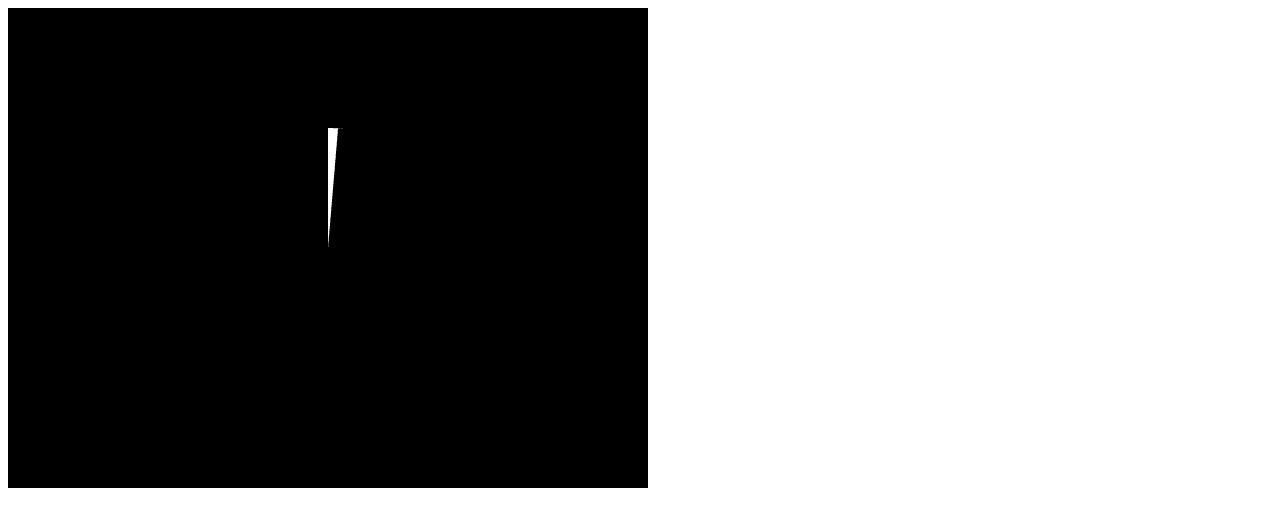
Repository: ChristeZeng/ComputerGraphics
Page: Lab2/Test.html
The author's editor kept a copy of each file at every save. The page is drawn from the files as they stood at one save, then again after the next save.
The browser window is 1280 px wide. The pictures show the whole page.

Above is the page before, as saved 2021-10-02 16:44:11.

After the next save:
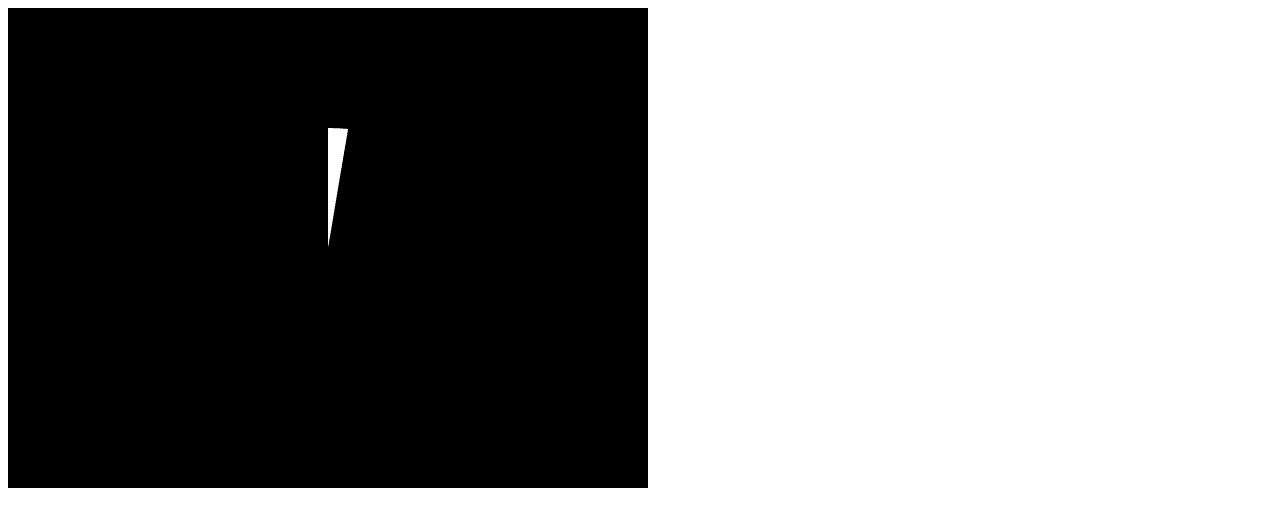
Saved 88 s later.
--- a/Lab2/Test.js
+++ b/Lab2/Test.js
@@ -94,7 +94,10 @@
     gl.bindBuffer(gl.ARRAY_BUFFER, positionBuffer);
     // 向缓冲区对象写入数据
     gl.bufferData(gl.ARRAY_BUFFER, new Float32Array(vertices), gl.STATIC_DRAW);
-    return {position: positionBuffer};
+    return {
+            position: positionBuffer,
+            vertex: vertices
+        };
 }
 
 function drawBasic(gl, buffers, position, shaderProgram)
@@ -111,5 +114,5 @@
     gl.useProgram(shaderProgram);
 
     //利用TRIANGLE_STRIP参数三角拟合
-    gl.drawArrays(gl.TRIANGLE_STRIP, 0, 4);
+    gl.drawArrays(gl.TRIANGLE_FAN, 0, 4);
 }
